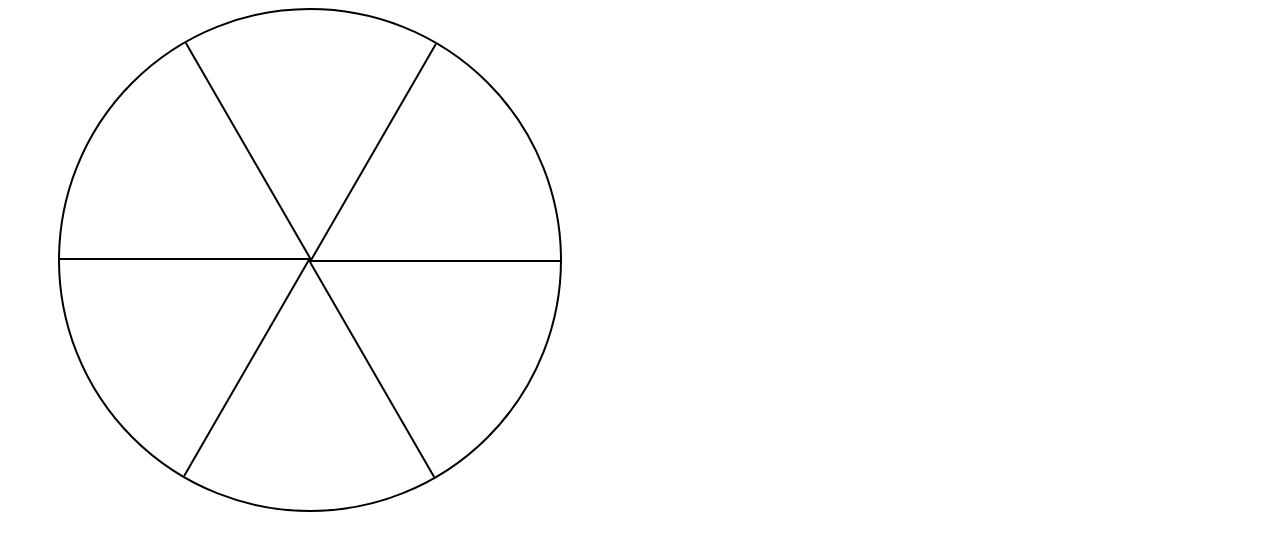
Repository: Lungdjos/ferris_wheel
Page: index.html
These files come from the project's save history. The page is drawn as it stood at one moment and after a run of saves; the edit follows.
The browser window is 1280 px wide. The pictures show the whole page.

Above is the page before, as saved 2024-01-11 08:58:41.

After the next 8 saves:
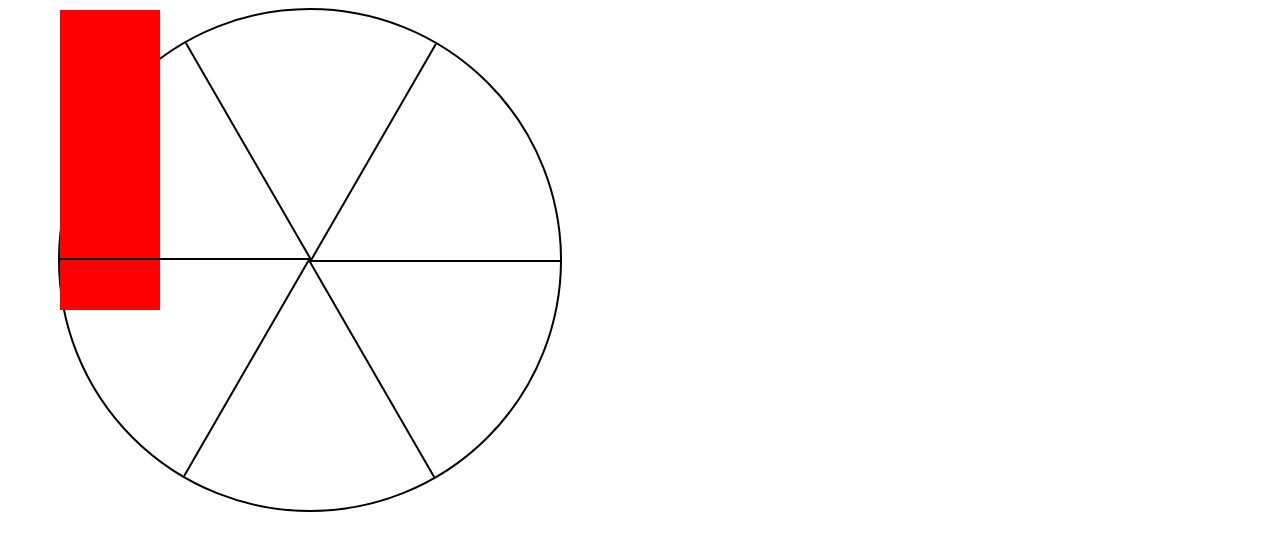
The 8 saves are shown as one change because they came seconds apart.
The last was saved 22 s later.
--- a/styles.css
+++ b/styles.css
@@ -49,4 +49,6 @@
 
 .cabin {
     background-color: red;
+    width: 20%;
+    height: 10%;
 }
